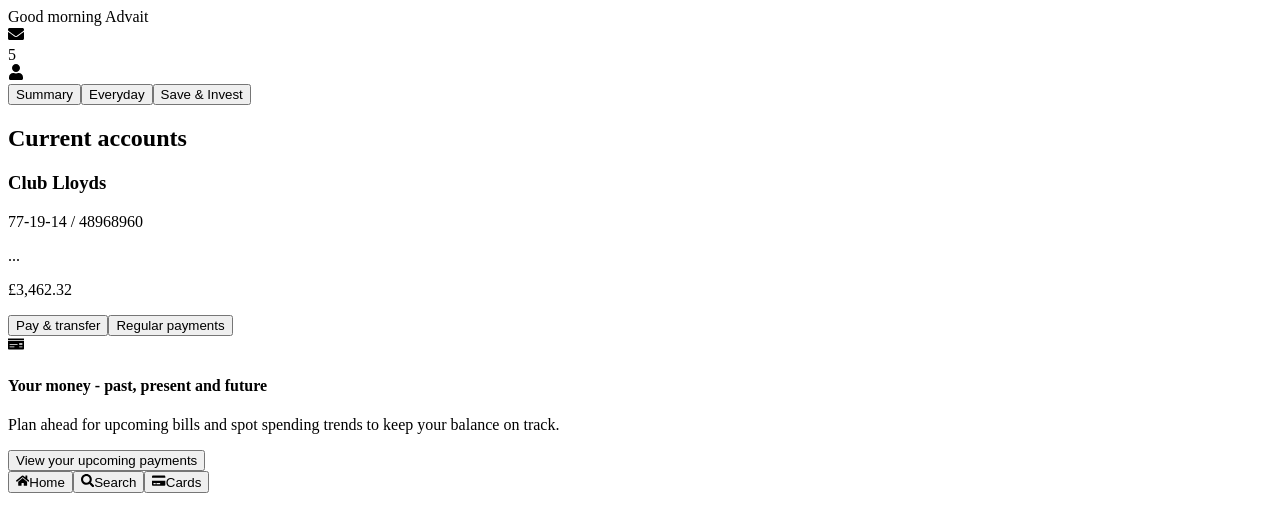
Repository: ellamcmorrow/RebootManchesterHackathon
Page: /
The author's editor kept a copy of each file at every save. The page is drawn from the files as they stood at one save, then again after the next save.
The browser window is 1280 px wide. The pictures show the whole page.
The project was rebuilt for these pictures with package versions that can differ from the ones it lists, and the page was loaded fresh each time. The framework's server and built-in components were replaced by stand-ins that run in the browser. Also part of the build but not shown: next.config.js.

Above is the page before, as saved 2024-12-03 12:46:56.

### src/pages/index.tsx
import Widget from "../components/Widget";

export default function Home() {
  return (
    <div className="min-h-screen bg-gray flex items-center justify-center">
      <Widget />
    </div>
  );
}

### src/components/Widget.tsx
// src/App.tsx
import React from "react";
import {
  FaEnvelope,
  FaUser,
  FaSearch,
  FaCreditCard,
  FaHome,
  FaMoneyCheck,
} from "react-icons/fa";

const Widget: React.FC = () => {
  return (
    <div className="bg-gray-100 min-h-screen flex flex-col">
      {/* Header */}
      <header className="bg-white p-4 shadow-md flex items-center justify-between">
        <div className="text-xl font-bold">Good morning Advait</div>
        <div className="flex items-center space-x-4">
          <div className="relative">
            <FaEnvelope className="text-gray-700 text-2xl" />
            <div className="absolute -top-1 -right-1 bg-red-500 text-white text-xs font-bold rounded-full w-5 h-5 flex items-center justify-center">
              5
            </div>
          </div>
          <FaUser className="text-gray-700 text-2xl" />
        </div>
      </header>

      {/* Tabs */}
      <div className="bg-white flex justify-around py-2 shadow-md">
        <button className="px-4 py-2 text-gray-700 font-semibold rounded-lg hover:bg-gray-200">
          Summary
        </button>
        <button className="px-4 py-2 text-white font-semibold rounded-lg bg-black">
          Everyday
        </button>
        <button className="px-4 py-2 text-gray-700 font-semibold rounded-lg hover:bg-gray-200">
          Save & Invest
        </button>
      </div>

      {/* Current Accounts */}
      <div className="p-4 flex-grow">
        <h2 className="text-lg font-semibold text-gray-800">
          Current accounts
        </h2>
        <div className="bg-white shadow-md rounded-lg p-4 mt-4">
          <div className="flex justify-between">
            <div>
              <h3 className="font-bold text-gray-900">Club Lloyds</h3>
              <p className="text-gray-600 text-sm">77-19-14 / 48968960</p>
            </div>
            <div>...</div>
          </div>
          <p className="text-3xl font-bold mt-4">£3,462.32</p>
          <div className="flex justify-between mt-4">
            <button className="w-1/2 text-center py-2 bg-gray-100 font-semibold rounded-lg mr-2">
              Pay & transfer
            </button>
            <button className="w-1/2 text-center py-2 bg-gray-100 font-semibold rounded-lg ml-2">
              Regular payments
            </button>
          </div>
        </div>

        {/* Info Section */}
        <div className="bg-white shadow-md rounded-lg p-4 mt-6">
          <div className="flex items-center space-x-4">
            <div className="w-10 h-10 bg-green-300 rounded-full flex items-center justify-center">
              <FaMoneyCheck className="text-white text-xl" />
            </div>
            <div>
              <h4 className="text-gray-900 font-bold">
                Your money - past, present and future
              </h4>
              <p className="text-gray-600 text-sm">
                Plan ahead for upcoming bills and spot spending trends to keep
                your balance on track.
              </p>
            </div>
          </div>
          <button className="mt-4 text-blue-600 font-semibold flex items-center">
            View your upcoming payments
          </button>
        </div>
      </div>

      {/* Footer Navigation */}
      <footer className="bg-white shadow-md fixed bottom-0 w-full flex justify-between px-4 py-2">
        <button className="flex flex-col items-center">
          <FaHome className="text-gray-700 text-xl" />
          <span className="text-gray-700 text-sm">Home</span>
        </button>
        <button className="flex flex-col items-center">
          <FaSearch className="text-gray-700 text-xl" />
          <span className="text-gray-700 text-sm">Search</span>
        </button>
        <button className="flex flex-col items-center">
          <FaCreditCard className="text-gray-700 text-xl" />
          <span className="text-gray-700 text-sm">Cards</span>
        </button>
      </footer>
    </div>
  );
};

export default Widget;

Loaded but not shown: src/pages/_app.tsx (common file)

After the next save:
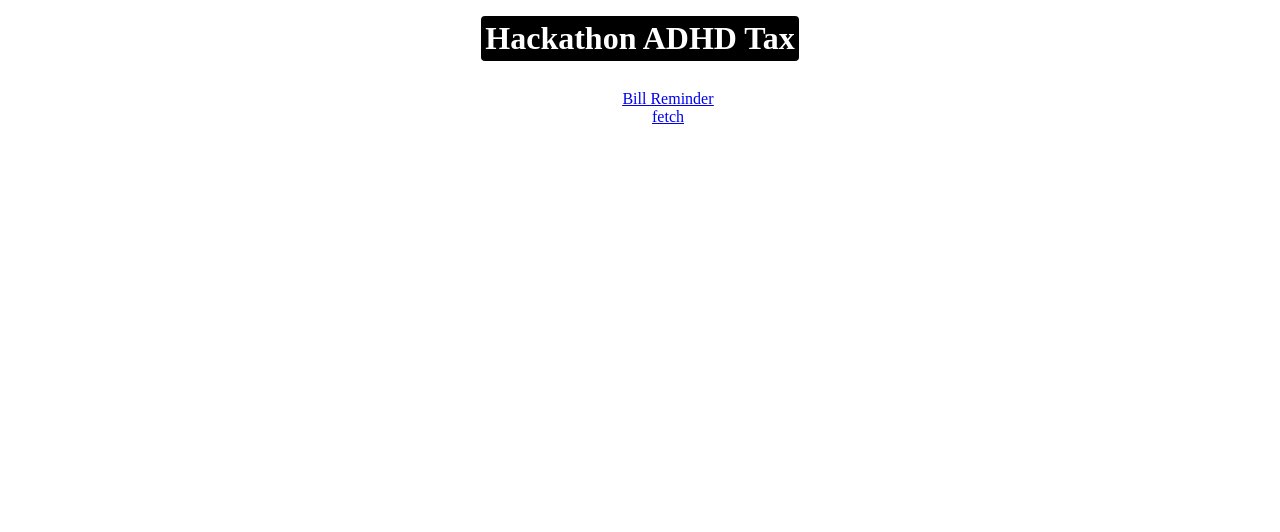
Saved 43 min 19 s later.
--- a/src/pages/index.tsx
+++ b/src/pages/index.tsx
@@ -1,9 +1,73 @@
-import Widget from "../components/Widget";
+import type { NextPage } from "next";
+import Head from "next/head";
+import Link from "next/link";
+import {
+  Heading,
+  Box,
+  Center,
+  UnorderedList,
+  ListItem,
+  Flex,
+} from "@chakra-ui/react";
 
-export default function Home() {
+type Routes = {
+  text: string;
+  route: string;
+};
+
+const Home: NextPage = () => {
+  const routesArr: Routes[] = [
+    { text: "Bill Reminder", route: "bill-reminder" },
+    { text: "fetch", route: "fetch-example" },
+  ];
+
   return (
-    <div className="min-h-screen bg-gray flex items-center justify-center">
-      <Widget />
+    <div>
+      <Head>
+        <title>NextJS and Chakra UI starter kit</title>
+        <meta
+          name="description"
+          content="This is a starter kit for NextJS and Chakra UI"
+        />
+        <link rel="icon" href="/favicon.ico" />
+      </Head>
+      <Box>
+        <Center>
+          <Heading
+            role="heading"
+            as="h1"
+            color="white"
+            borderRadius={4}
+            mt={8}
+            p={4}
+            bg="black"
+          >
+            Hackathon ADHD Tax
+          </Heading>
+        </Center>
+        <Center>
+          <UnorderedList mt={8} listStyleType="none">
+            <Flex
+              flexDirection="column"
+              justifyContent="center"
+              alignItems="center"
+            >
+              {routesArr.map(({ route, text }) => (
+                <ListItem
+                  key={route}
+                  fontSize="2xl"
+                  textDecoration="underline"
+                  color="black"
+                >
+                  <Link href={route}>{text}</Link>
+                </ListItem>
+              ))}
+            </Flex>
+          </UnorderedList>
+        </Center>
+      </Box>
     </div>
   );
-}
+};
+
+export default Home;
